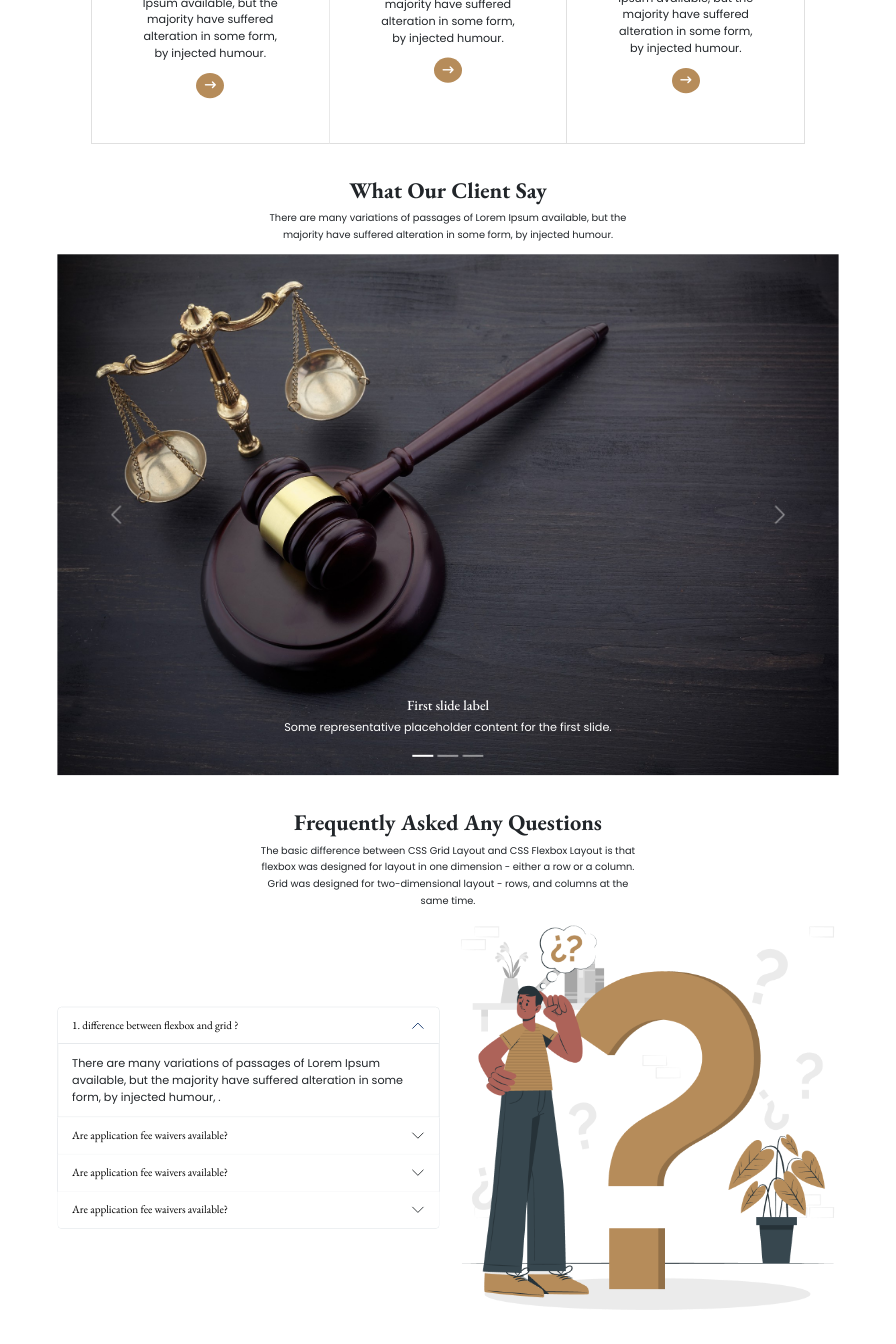
Repository: sadiaafsana138/justice
Page: index.html
An editor plug-in stored every save of this project. The page is shown before and after the next save, followed by the edit.
The browser window is 1280 px wide. The pictures show the part of the page from y = 1625 to 3545 px (the page is 3545 px tall before and 3497 px after), at 70% of full size.
Some web libraries are served in a nearby version.

Above is the page before, as saved 2023-01-25 22:52:05.

After the next save:
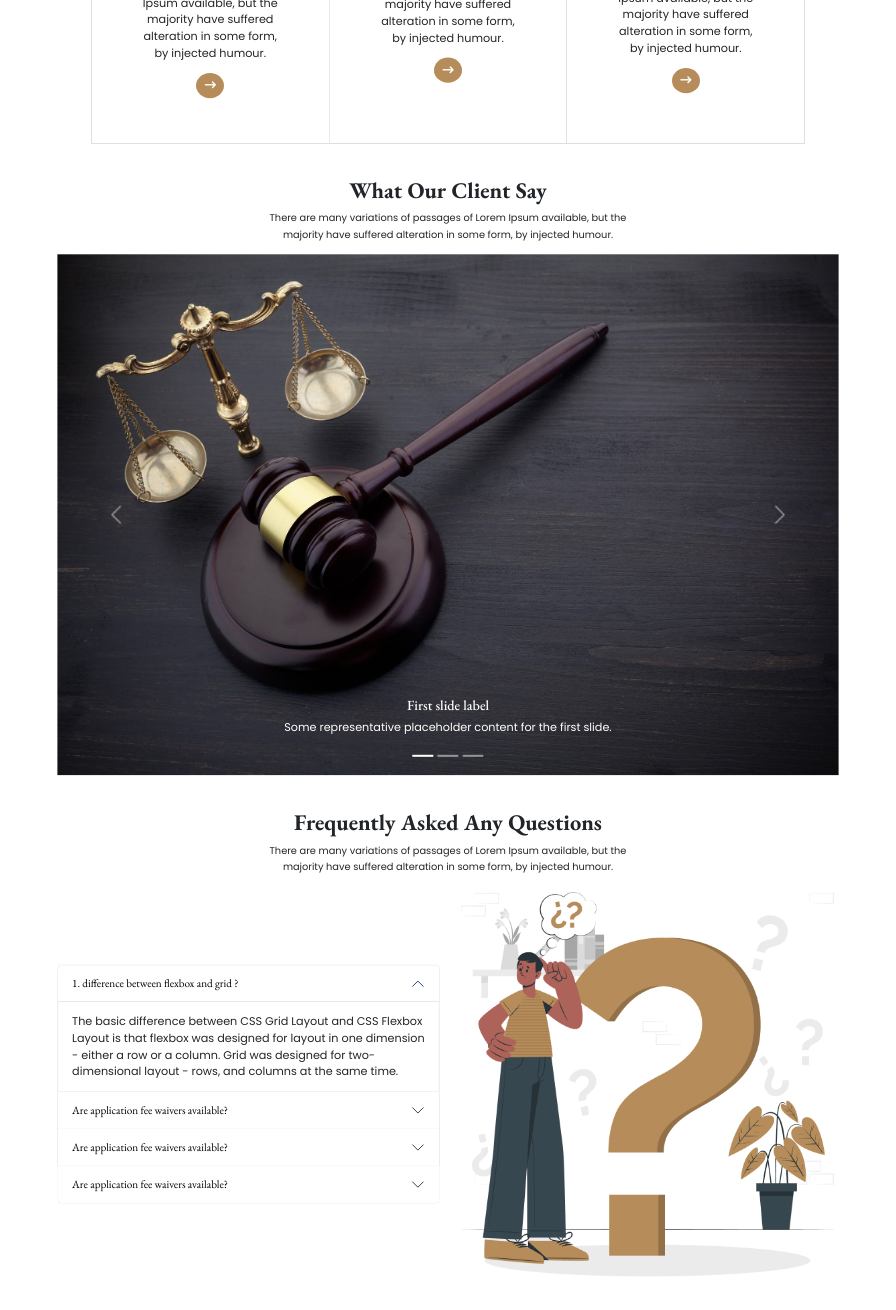
Saved 2 min 3 s later.
--- a/index.html
+++ b/index.html
@@ -330,7 +330,9 @@
                 <div class="w-50 text-center">
                     <h2 class="fw-bold">Frequently Asked Any Questions</h2>
                     <small class="mb-4" id="banner-small-text">
-                        The basic difference between CSS Grid Layout and CSS Flexbox Layout is that flexbox was designed for layout in one dimension - either a row or a column. Grid was designed for two-dimensional layout - rows, and columns at the same time.
+                        There are many variations of passages of Lorem Ipsum available,
+                        but the majority have suffered alteration in some form, by
+                        injected humour.
                     </small>
                 </div>
             </div>
@@ -350,9 +352,7 @@
                             <div id="panelsStayOpen-collapseOne" class="accordion-collapse collapse show"
                                 aria-labelledby="panelsStayOpen-headingOne">
                                 <div class="accordion-body">
-                                    There are many variations of passages of Lorem Ipsum
-                                    available, but the majority have suffered alteration in some
-                                    form, by injected humour, .
+                                    The basic difference between CSS Grid Layout and CSS Flexbox Layout is that flexbox was designed for layout in one dimension - either a row or a column. Grid was designed for two-dimensional layout - rows, and columns at the same time.
                                 </div>
                             </div>
                         </div>
